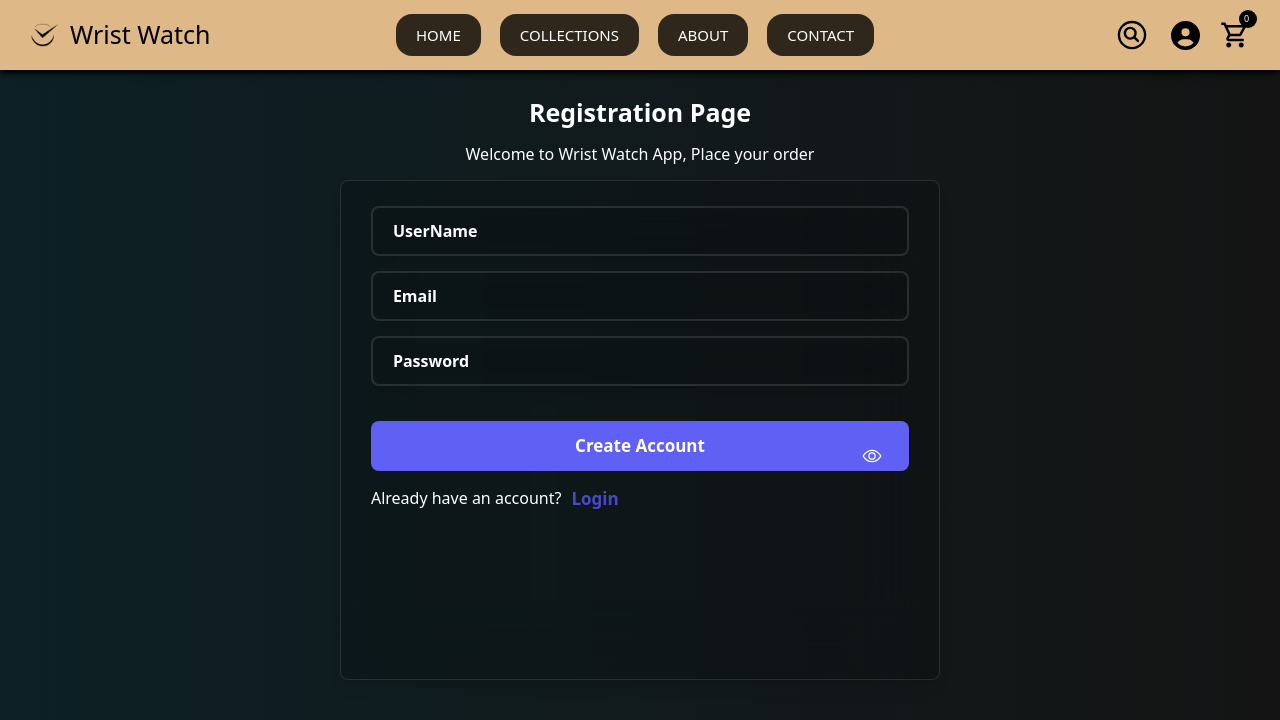
Repository: mansibhanushali/online_watch_ecommerce_mernstack_webapplication
Page: /signup (app in frontend/)
The author's editor kept a copy of each file at every save. The page is drawn from the files as they stood at one save, then again after the next save.
The browser window is 1280 px wide. The pictures show the whole page.
The page's requests for data from a server got no answer. The project was rebuilt for these pictures with package versions that can differ from the ones it lists, and the page was loaded fresh each time. No one was signed in, and anything a server would have sent is missing. Also part of the build but not shown: frontend/vite.config.js, frontend/src/component/Loading.jsx, frontend/src/component/Backgound.jsx, frontend/src/component/Title.jsx, frontend/src/component/Card.jsx, frontend/src/component/LatestCollection.jsx, frontend/src/component/BestSeller.jsx, frontend/src/pages/Product.jsx and 13 more.

Above is the page before, as saved 2025-08-16 17:08:54.

After the next save:
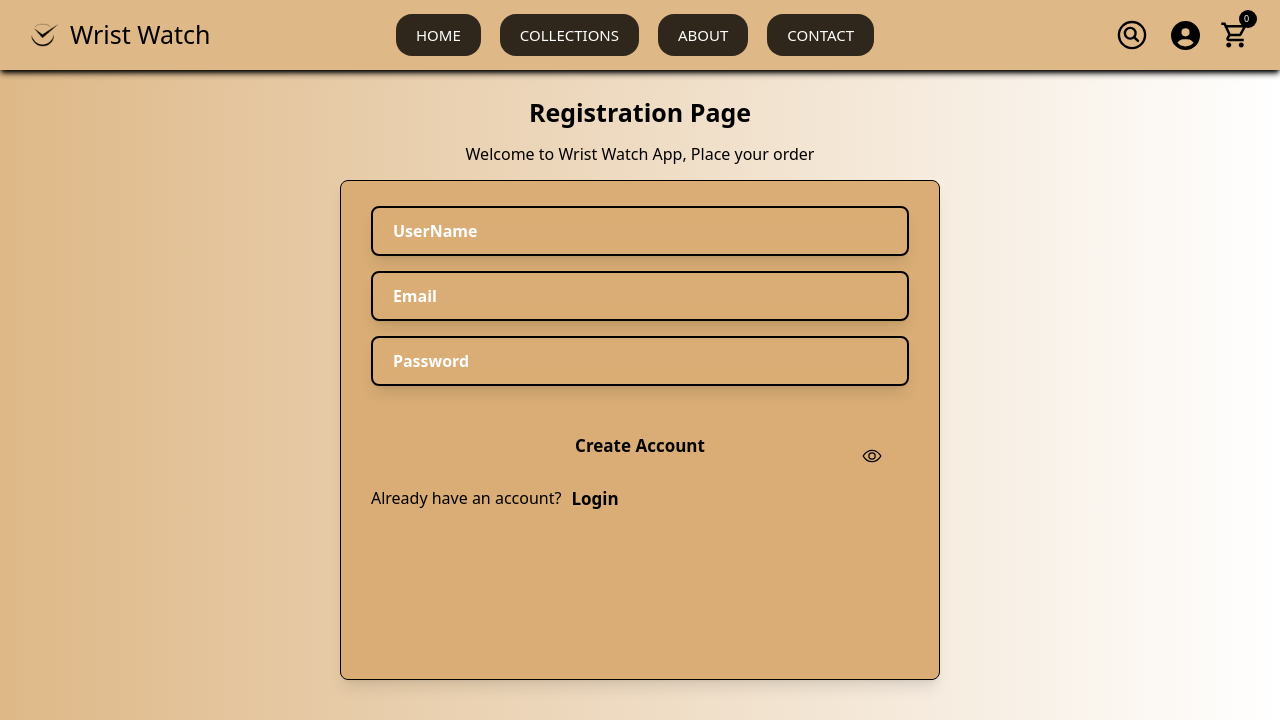
Saved 2 min 27 s later.
--- a/frontend/src/pages/Registration.jsx
+++ b/frontend/src/pages/Registration.jsx
@@ -38,7 +38,7 @@ function Registration() {
     };
 
     return (
-        <div className='w-[100vw] h-[100vh] bg-gradient-to-l from-[#141414] to-[#0c2025] text-white flex flex-col items-center justify-start'>
+        <div className='w-[100vw] h-[100vh] bg-gradient-to-l from-[burlwood] to-[burlywood] text-black flex flex-col items-center justify-start'>
             <div className='w-full h-[80px] flex items-center px-[30px] gap-[10px] cursor-pointer' onClick={() => navigate("/")}>
                 <img className='w-[40px]' src={Logo} alt="logo" />
                 <h1 className='text-[22px] font-sans'>Wrist Watch</h1>
@@ -49,14 +49,14 @@ function Registration() {
                 <span className='text-[16px]'>Welcome to Wrist Watch App, Place your order</span>
             </div>
 
-            <div className='max-w-[600px] w-[90%] h-[500px] bg-[#00000025] border border-[#96969635] backdrop-blur-2xl rounded-lg shadow-lg flex items-center justify-center'>
+            <div className='max-w-[600px] w-[90%] h-[500px] bg-[#d9ad75] border border-[black] backdrop-blur-2xl rounded-lg shadow-lg flex items-center justify-center'>
                 <form onSubmit={handleSignup} className='w-[90%] h-[90%] flex flex-col items-center gap-[20px]'>
                     <div className='w-full h-[400px] flex flex-col gap-[15px] relative'>
-                        <input type="text" className='w-full h-[50px] border-2 border-[#96969635] backdrop-blur-sm rounded-lg shadow-lg bg-transparent placeholder-white px-[20px] font-semibold' placeholder='UserName' required onChange={(e) => setName(e.target.value)} value={name} />
+                        <input type="text" className='w-full h-[50px] border-2 border-[black] backdrop-blur-sm rounded-lg shadow-lg bg-transparent placeholder-white px-[20px] font-semibold' placeholder='UserName' required onChange={(e) => setName(e.target.value)} value={name} />
 
-                        <input type="text" className='w-full h-[50px] border-2 border-[#96969635] backdrop-blur-sm rounded-lg shadow-lg bg-transparent placeholder-white px-[20px] font-semibold' placeholder='Email' required onChange={(e) => setEmail(e.target.value)} value={email} />
+                        <input type="text" className='w-full h-[50px] border-2 border-[black] backdrop-blur-sm rounded-lg shadow-lg bg-transparent placeholder-white px-[20px] font-semibold' placeholder='Email' required onChange={(e) => setEmail(e.target.value)} value={email} />
 
-                        <input type={show ? "text" : "password"} className='w-full h-[50px] border-2 border-[#96969635] backdrop-blur-sm rounded-lg shadow-lg bg-transparent placeholder-white px-[20px] font-semibold' placeholder='Password' required onChange={(e) => setPassword(e.target.value)} value={password} />
+                        <input type={show ? "text" : "password"} className='w-full h-[50px] border-2 border-[black] backdrop-blur-sm rounded-lg shadow-lg bg-transparent placeholder-white px-[20px] font-semibold' placeholder='Password' required onChange={(e) => setPassword(e.target.value)} value={password} />
 
                         {!show ? (
                             <IoEyeOutline className='absolute right-[5%] top-[60%] w-[20px] h-[20px] cursor-pointer' onClick={() => setShow(!show)} />
@@ -64,12 +64,12 @@ function Registration() {
                             <IoEye className='absolute right-[5%] top-[60%] w-[20px] h-[20px] cursor-pointer' onClick={() => setShow(!show)} />
                         )}
 
-                        <button className='w-full h-[50px] bg-[#6060f5] rounded-lg flex items-center justify-center mt-[20px] text-[17px] font-semibold'>
+                        <button className='w-full h-[50px] bg-[#d9ad75] rounded-lg flex items-center justify-center mt-[20px] text-[17px] font-semibold'>
                             {loading ? <Loading /> : "Create Account"}
                         </button>
 
                         <p className='flex gap-[10px]'>Already have an account?
-                            <span className='text-[#5555f6cf] text-[17px] font-semibold cursor-pointer' onClick={() => navigate("/login")}>
+                            <span className='text-[black] text-[17px] font-semibold cursor-pointer' onClick={() => navigate("/login")}>
                                 Login
                             </span>
                         </p>
